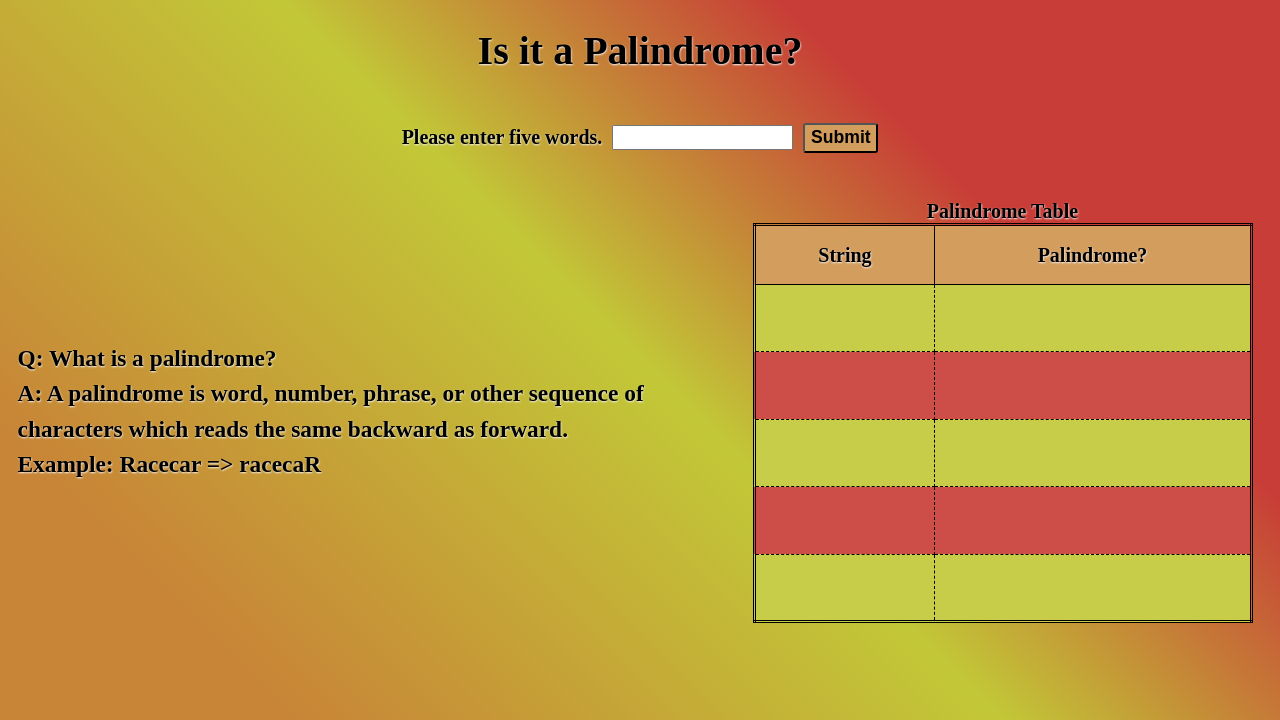
Repository: mlmEFSC21/P18-Palindrome-Table
Page: palindrome.html
These files come from the project's save history. The page is drawn as it stood at one moment and after the next save; the edit follows.
The browser window is 1280 px wide. The pictures show the whole page.

Above is the page before, as saved 2022-04-04 18:08:35.

After the next save:
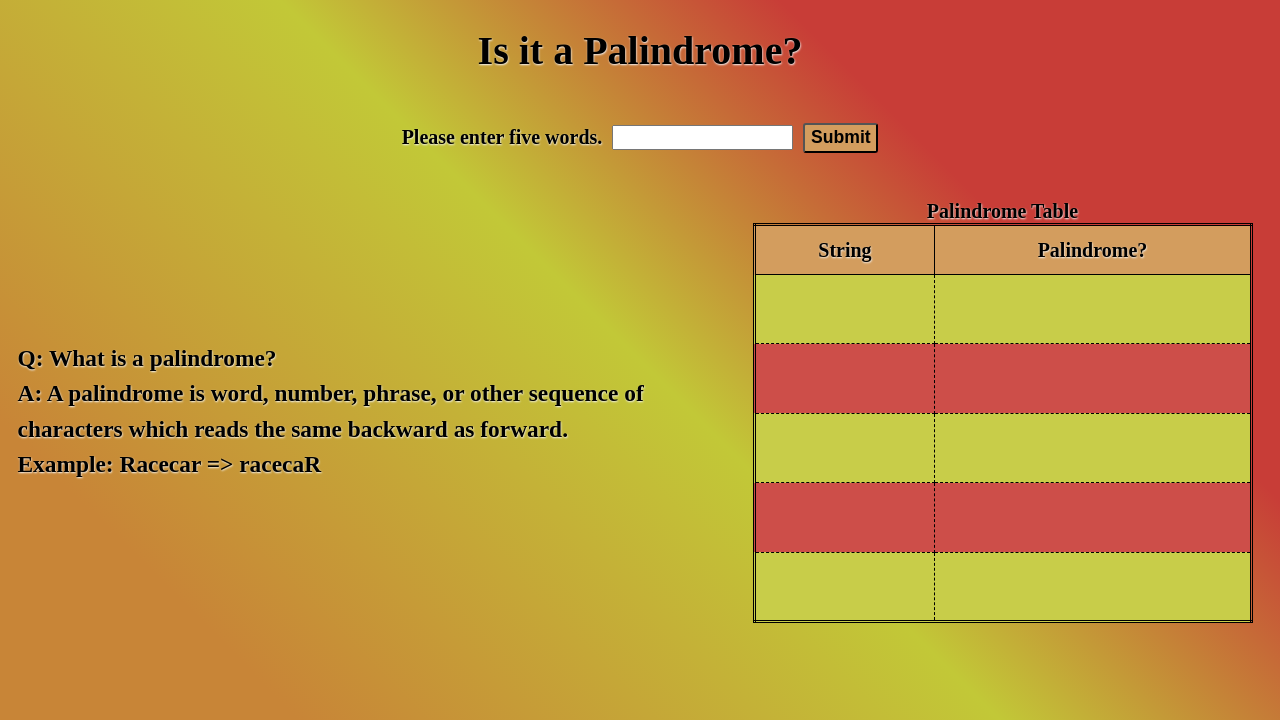
Saved 6 s later.
--- a/palindrome.css
+++ b/palindrome.css
@@ -74,7 +74,7 @@ table {
     font-weight: 700;
 }
 th {
-    height: 60px;
+    height: 50px;
     border: 1px solid black;
     padding: 10px;
     background-color: #d39d5e;
